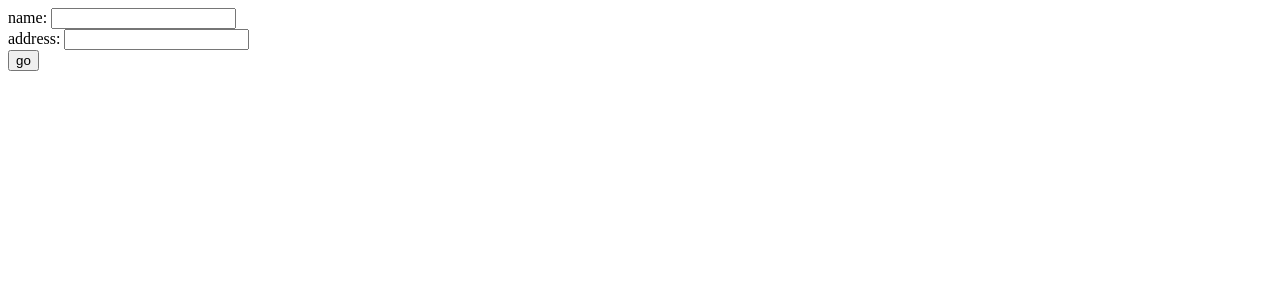
Repository: WonHwiAhn/JAVAClass
Page: 180130_GetParameterEx/WebContent/show.html
These files come from the project's save history. The page is drawn as it stood at one moment and after the next save; the edit follows.
The browser window is 1280 px wide. The pictures show the whole page.

Above is the page before, as saved 2018-01-30 03:04:26.

After the next save:
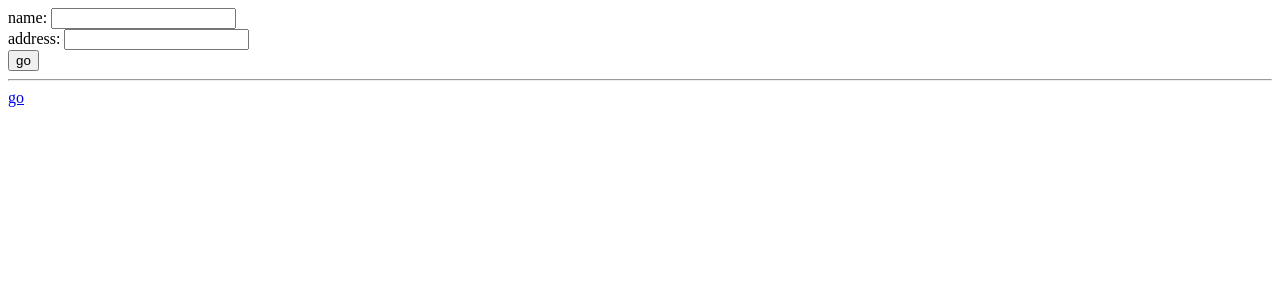
Saved 48 s later.
--- a/180130_GetParameterEx/WebContent/show.html
+++ b/180130_GetParameterEx/WebContent/show.html
@@ -12,5 +12,7 @@
 		<br>
 		<input type="submit" value="go">
 	</form>
+	<hr>
+	<a href="test2?name=john&address=seoul">go</a>
 </body>
 </html>
